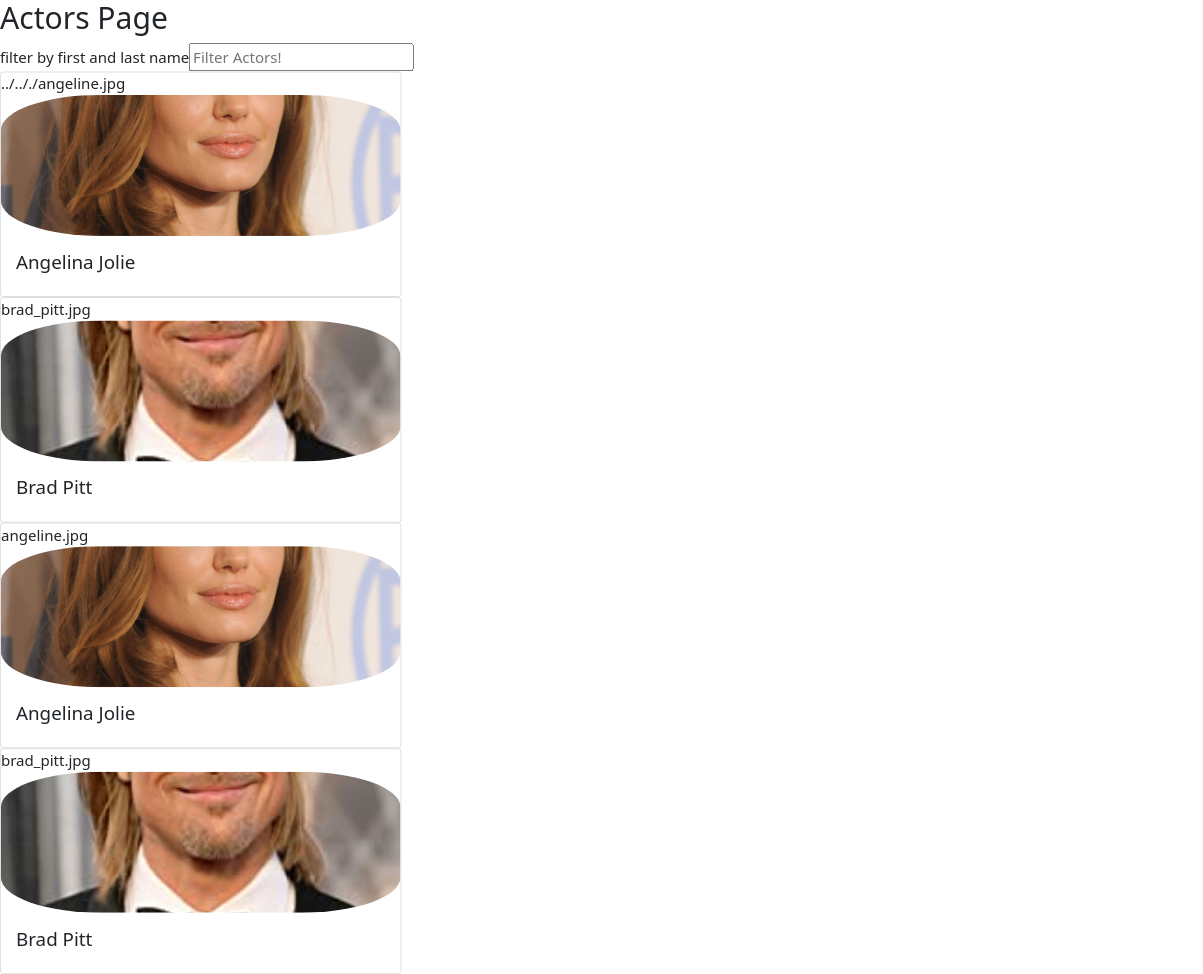
Repository: shuroo/FECourse-react-movieapp
Page: /
The author's editor kept a copy of each file at every save. The page is drawn from the files as they stood at one save, then again after the next save.
The browser window is 1280 px wide. The pictures show the whole page, at 94% of full size.
The project was rebuilt for these pictures with package versions that can differ from the ones it lists, and the page was loaded fresh each time. Also part of the build but not shown: src/App.css.

Above is the page before, as saved 2021-07-24 07:20:35.

### src/App.js
import logo from './logo.svg';
import './App.css';
import React, { useState } from 'react';
import Actor from './pages/Actor';
import 'bootstrap/dist/css/bootstrap.min.css';
import ActorsPage from './pages/ActorsPage';

//import CarModel from '../../model/CarModel';
//import CarsPage from './pages/CarsPage/CarsPage';

// function App() {
//   return (
//     <div className="App">
//       <header className="App-header">
//         <img src={logo} className="App-logo" alt="logo" />
//         <p>
//           Edit <code>src/App.js</code> and save to reload.
//         </p>
//         <a
//           className="App-link"
//           href="https://reactjs.org"
//           target="_blank"
//           rel="noopener noreferrer"
//         >
//           Learn React
//         </a>
//       </header>
//     </div>
//   );
// }

//const actor1 = { name: "bPitt", age: 50, imdbLink: "https://www.imdb.com/name/nm0000093/", imgSrc: "https://www.imdb.com/name/nm0000093/mediaviewer/rm864335360/" }

function App() {
    return <ActorsPage />
};

export default App;

### src/pages/ActorsPage.jsx
import React, { useState } from 'react';
import ActorModel from '../model/ActorModel';
//import angelinaImg from "pages/angeline.jpg";
import CardComponent from "../components/CardComponent";

function ActorsPage() {

    // var arr = [ new ActorModel("Angelina", "Jolie", new Date("04/06/1975"), "../public/images/angeline", "https://www.imdb.com/name/nm0001401/"),
    // new ActorModel("Brad", "Pitt", new Date("04/06/1975"), "../public/images/brad_pitt", "https://www.imdb.com/name/nm0000093/"),
    // new ActorModel("Angelina", "Jolie", new Date("04/06/1975"), "../public/images/angeline", "https://www.imdb.com/name/nm0001401/"),
    // new ActorModel("Brad", "Pitt", new Date("04/06/1975"), "../public/images/brad_pitt", "https://www.imdb.com/name/nm0000093/"),
    // ]

    const [actors, setActors] = useState([ new ActorModel("Angelina", "Jolie", new Date("04/06/1975"), "../.././angeline.jpg", "https://www.imdb.com/name/nm0001401/"),
     new ActorModel("Brad", "Pitt", new Date("04/06/1975"), "brad_pitt.jpg", "https://www.imdb.com/name/nm0000093/"),
     new ActorModel("Angelina", "Jolie", new Date("04/06/1975"), "angeline.jpg", "https://www.imdb.com/name/nm0001401/"),
     new ActorModel("Brad", "Pitt", new Date("04/06/1975"), "brad_pitt.jpg", "https://www.imdb.com/name/nm0000093/"),
     ])

    // firstName, lastName, birthday, image, imdbLink

    const [filterText, setfilterText] = useState("")
    const [sortCriteria, setSortCriteria] = useState("")

    function filterBy(e){
        const criteria = e.target.value;
    }

    function sortBy(e){
        const criteria = e.target.value;
    }
    let actorsHtml = actors.map(act=> <div><CardComponent actor={act}/></div>)

    return (
        <div>
            <h2>Actors Page</h2>
            <div><label>filter by first and last name</label>
            <input type="text" onClick={filterBy} placeholder="Filter Actors!"></input>
            <div className="gallery">{actorsHtml}</div>
            </div>

        </div>
    );
}

export default ActorsPage;

### src/model/ActorModel.jsx
class ActorModel{

    constructor(firstName, lastName, birthday, image, imdbLink){

        this.firstName = firstName;
        this.lastName = lastName;
        this.birthday = birthday;
        this.image = image;
        this.imdbLink = imdbLink;

    }

    age(){
        var thisyear = new Date().getFullYear();
        var birthyear = this.birthday.getFullYear();
        return (thisyear - birthyear);
    }
}

export default ActorModel;

### src/components/CardComponent.jsx
import React from "react";
import './CardComponent.css';
import angelina from './angeline.jpg'

function CardComponent({actor}) {

	return (

<div className=" card col col-md-4 col-lg-4 col-sm-4" onClick={()=>(alert())}>
 {actor.image}
  <img className="actorImg card-img-top" src={actor.image} alt={actor.firstName+" "+actor.lastName}/>
  <div className="card-body">
    <h5 className="card-title">{actor.firstName} {actor.lastName}</h5>
    <p className="card-text">{actor.age}
  </p></div>
  </div>
	)
}

export default CardComponent;

### src/components/CardComponent.css
.actorImg {
    border-radius: 25%;
    object-fit: cover;
    height: 150px;
}

.col {
    display: flex;
    flex-direction: column;
    justify-content: space-around;
}

Loaded but not shown: public/index.html (common file); src/index.js (common file); src/index.css (common file); src/reportWebVitals.js (common file); src/pages/Actor.jsx (no stored copy; drawn as an empty file)

After the next save:
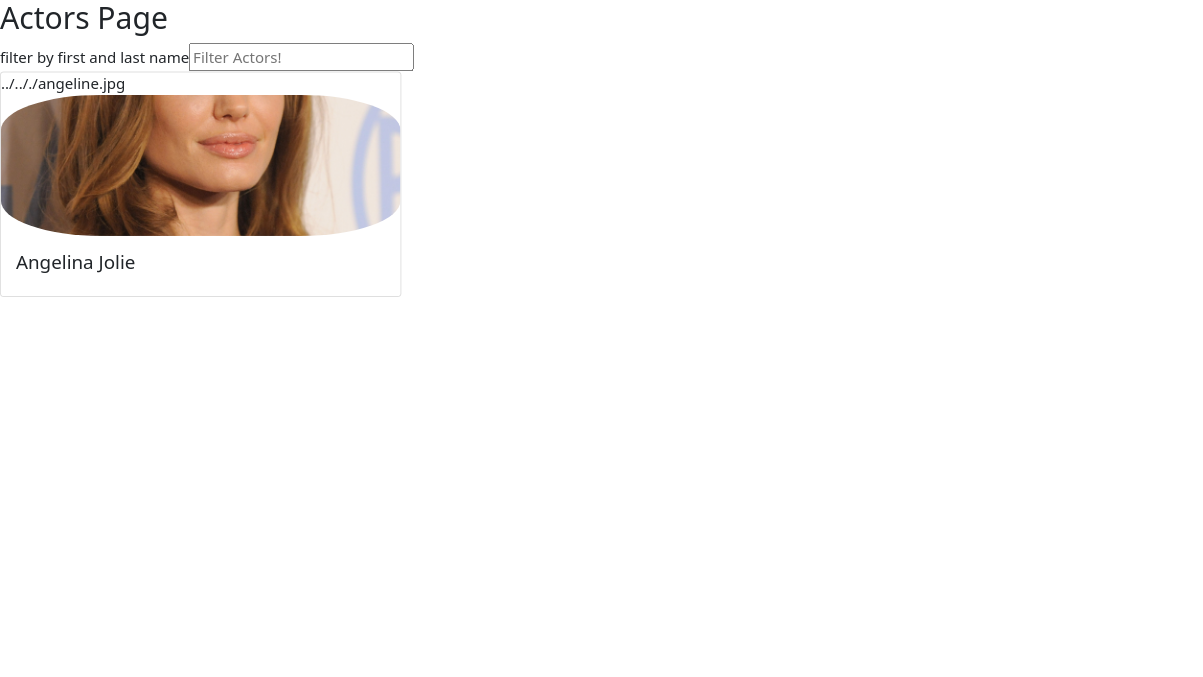
Saved 33 s later.
--- a/src/pages/ActorsPage.jsx
+++ b/src/pages/ActorsPage.jsx
@@ -11,10 +11,10 @@ function ActorsPage() {
     // new ActorModel("Brad", "Pitt", new Date("04/06/1975"), "../public/images/brad_pitt", "https://www.imdb.com/name/nm0000093/"),
     // ]
 
-    const [actors, setActors] = useState([ new ActorModel("Angelina", "Jolie", new Date("04/06/1975"), "../.././angeline.jpg", "https://www.imdb.com/name/nm0001401/"),
-     new ActorModel("Brad", "Pitt", new Date("04/06/1975"), "brad_pitt.jpg", "https://www.imdb.com/name/nm0000093/"),
-     new ActorModel("Angelina", "Jolie", new Date("04/06/1975"), "angeline.jpg", "https://www.imdb.com/name/nm0001401/"),
-     new ActorModel("Brad", "Pitt", new Date("04/06/1975"), "brad_pitt.jpg", "https://www.imdb.com/name/nm0000093/"),
+    const [actors, setActors] = useState([ new ActorModel("Angelina", "Jolie", new Date("04/06/1975"), "../.././angeline.jpg", "https://www.imdb.com/name/nm0001401/")//,
+//     new ActorModel("Brad", "Pitt", new Date("04/06/1975"), "brad_pitt.jpg", "https://www.imdb.com/name/nm0000093/"),
+//     new ActorModel("Angelina", "Jolie", new Date("04/06/1975"), "angeline.jpg", "https://www.imdb.com/name/nm0001401/"),
+//     new ActorModel("Brad", "Pitt", new Date("04/06/1975"), "brad_pitt.jpg", "https://www.imdb.com/name/nm0000093/"),
      ])
 
     // firstName, lastName, birthday, image, imdbLink
